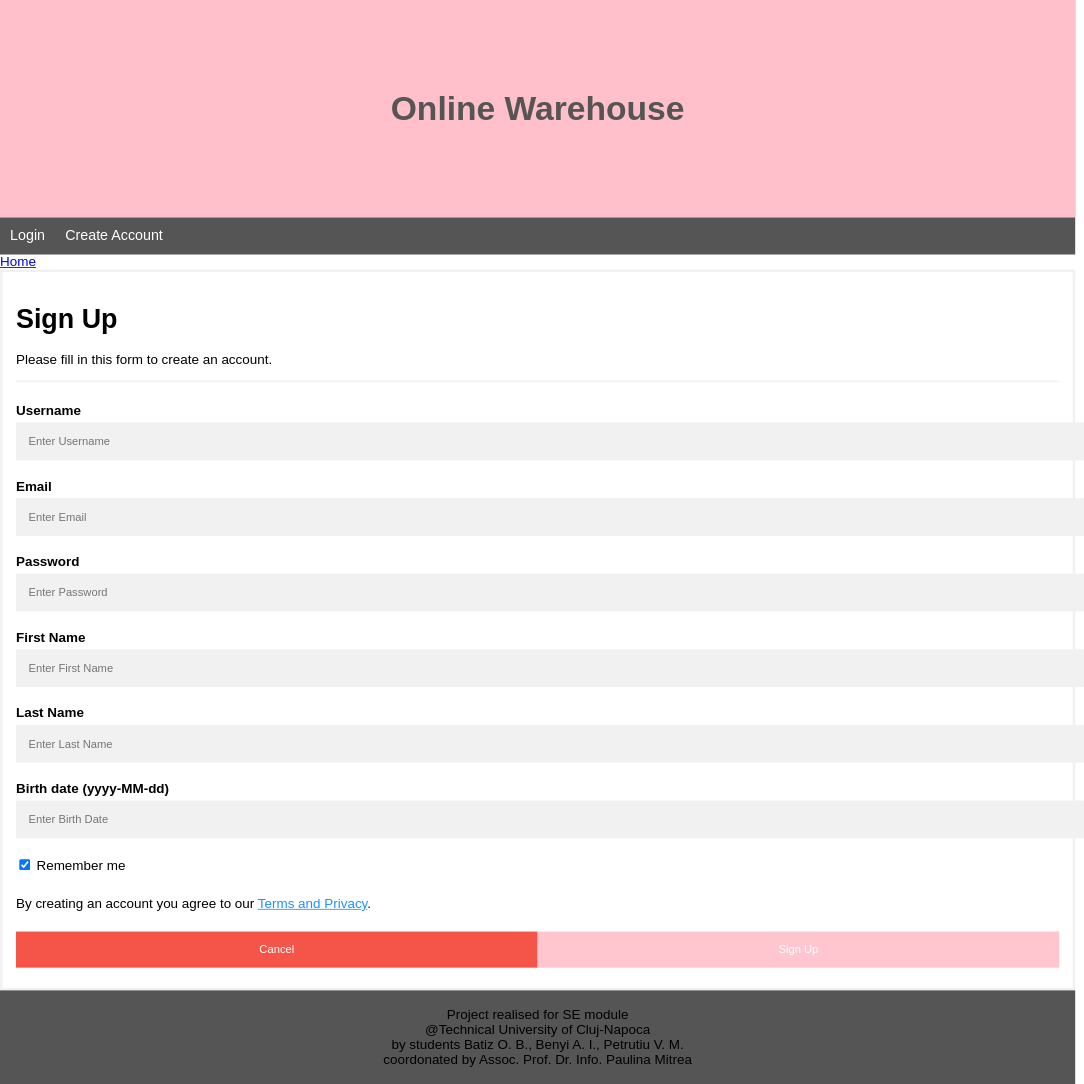
Repository: orsi-batiz/SEwithJSP
Page: http://localhost/OnlineWarehouse/createAccount.jsp
These files come from the project's save history. The page is drawn as it stood at one moment and after the next save; the edit follows.
The browser window is 1280 px wide. The page is 1291 px wide, so the pictures cover 1291 px, including what lies to the right of the window. The pictures show the whole page, at 84% of full size.
The page is served by Tomcat 9.

Above is the page before, as saved 2019-01-16 20:31:51.

After the next save:
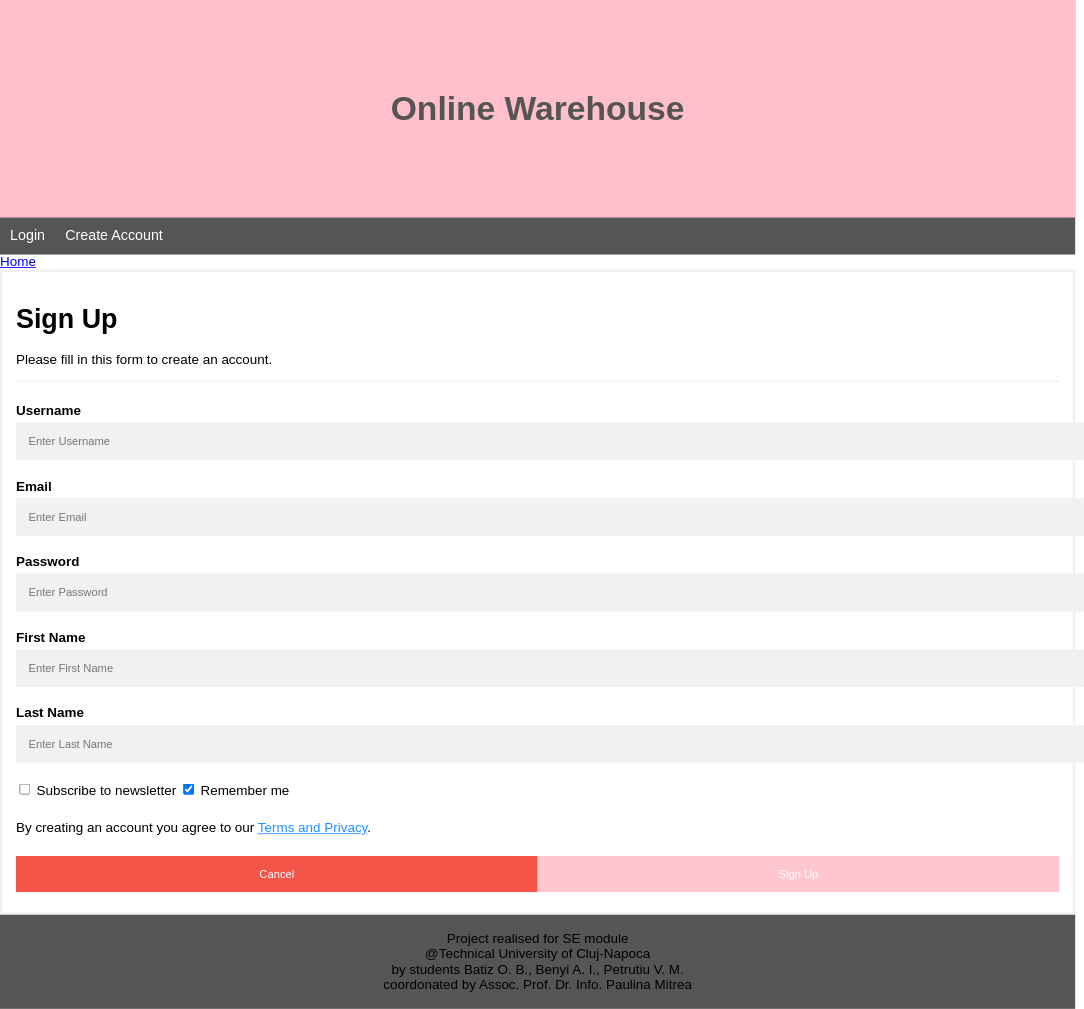
Saved 10 min 56 s later.
--- a/OnlineWarehouse/OnlineWarehouse/WebContent/createAccount.jsp
+++ b/OnlineWarehouse/OnlineWarehouse/WebContent/createAccount.jsp
@@ -90,22 +90,24 @@ button:hover {
     <hr>
 
     <label for="username"><b>Username</b></label>
-    <input type="text" placeholder="Enter Username" name="username" required>
+    <input type="text" placeholder="Enter Username" name="username" value="" required>
 
     <label for="email"><b>Email</b></label>
-    <input type="text" placeholder="Enter Email" name="email" required>
+    <input type="text" placeholder="Enter Email" name="email" value="" required>
 
     <label for="psw"><b>Password</b></label>
-    <input type="password" placeholder="Enter Password" name="password" required>
+    <input type="password" placeholder="Enter Password" name="password" value="" required>
 
     <label for="firstName"><b>First Name</b></label>
-    <input type="text" placeholder="Enter First Name" name="firstName" required>
+    <input type="text" placeholder="Enter First Name" name="firstName" value="" required>
 
     <label for="lastName"><b>Last Name</b></label>
-    <input type="text" placeholder="Enter Last Name" name="lastName" required>
+    <input type="text" placeholder="Enter Last Name" name="lastName" value="" required>
 
-    <label for="birthDate"><b>Birth date (yyyy-MM-dd)</b></label>
-    <input type="text" placeholder="Enter Birth Date" name="birthDate" required>
+
+    <label>
+      <input type="checkbox" name="newsletter"> Subscribe to newsletter
+    </label>
 
     <label>
       <input type="checkbox" checked="checked" name="remember" style="margin-bottom:15px"> Remember me
